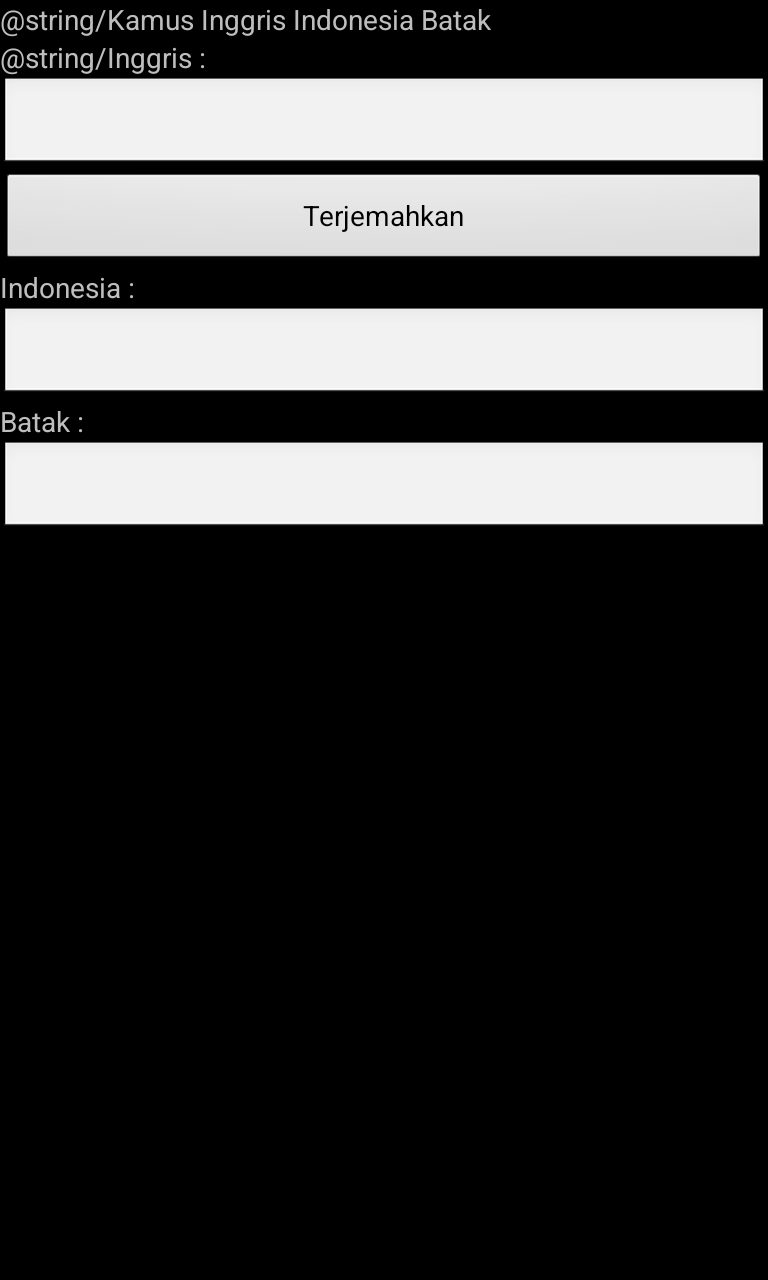
Repository: AndenWano/kamusbahasaindonesia
Layout: KamusKomputer/Kamus/res/layout/activity_show_kamus.xml
The author's editor kept a copy of each file at every save. The layout is drawn from the files as they stood at one save, then again after the next save.
It is drawn on a 768 x 1280 px phone screen (xhdpi) without system bars, with theme android:Theme; the app's code is not run.

Above is the layout before, as saved 2014-12-21 10:13:08.

After the next save:
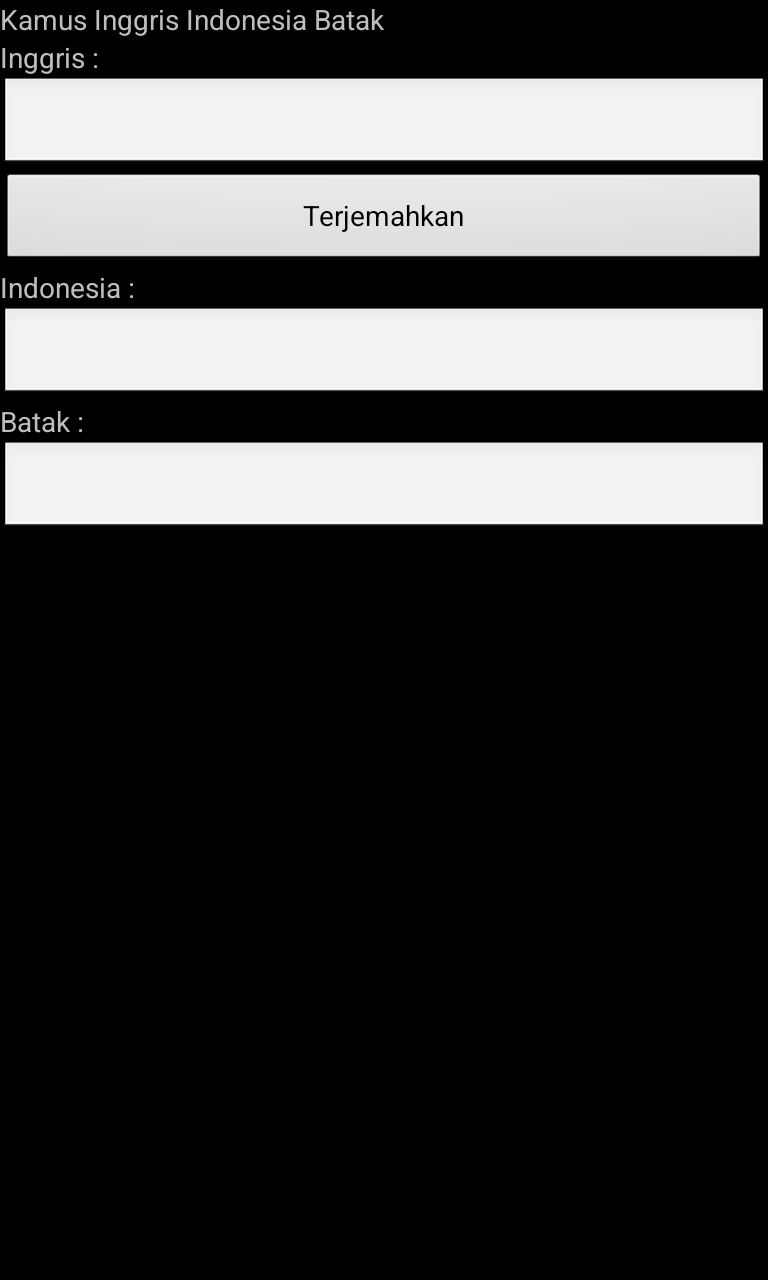
Saved 11 s later.
--- a/KamusKomputer/Kamus/res/layout/activity_show_kamus.xml
+++ b/KamusKomputer/Kamus/res/layout/activity_show_kamus.xml
@@ -8,10 +8,10 @@ android:layout_height="fill_parent"
 <TextView
 android:layout_width="fill_parent"
 android:layout_height="wrap_content"
-android:text="@string/Kamus Inggris Indonesia Batak"
+android:text="Kamus Inggris Indonesia Batak"
 />
 <TextView
-android:text="@string/Inggris :"
+android:text="Inggris :"
 android:id="@+id/TextView01"
 android:layout_width="wrap_content"
 android:layout_height="wrap_content">
